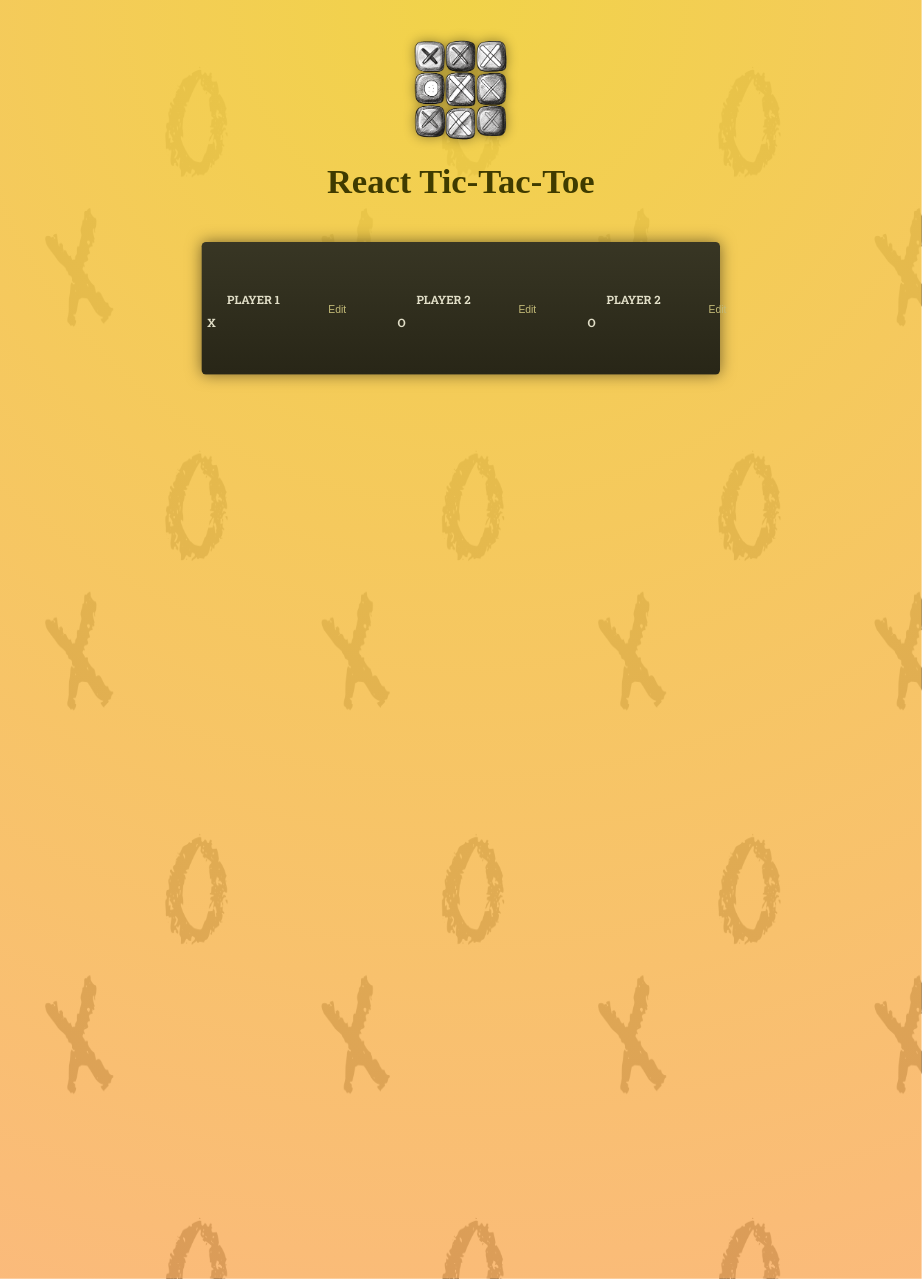
Repository: ooluchi/tic-tac-toe-rprac
Page: /
These files come from the project's save history. The page is drawn as it stood at one moment and after a run of saves; the edit follows.
The browser window is 1280 px wide. The pictures show the whole page, at 72% of full size.
Some web fonts or font styles are not loaded; a fallback is used. The project was rebuilt for these pictures with package versions that can differ from the ones it lists, and the page was loaded fresh each time. Also part of the build but not shown: vite.config.js.

Above is the page before, as saved 2024-10-22 05:00:39.

### index.html
<!DOCTYPE html>
<html lang="en">
  <head>
    <meta charset="UTF-8" />
    <link rel="icon" type="image/svg+xml" href="/game-logo.png" />
    <meta name="viewport" content="width=device-width, initial-scale=1.0" />
    <title>React Tic-Tac-Toe</title>
  </head>
  <body>
    <header>
      <img src="game-logo.png" />
    <h1>React Tic-Tac-Toe</h1>
    </header>
    <div id="root"></div>
    <script type="module" src="/src/index.jsx"></script>
  </body>
</html>

### src/App.jsx
import Player from "./components/Player"
function App() {


  return (
   <main>
    <div id="game-container">
      <ol id="players">
        <Player name ="Player 1" symbol="X" />
        <Player name ="Player 2" symbol="O" />
        <li>
        <span className="player">
          <span className="player-name">Player 2</span>
          <span className="player-symbol">O</span>
          </span>
          <button>Edit</button>
        </li>

      </ol>
    </div>

    </main>
  )
}

export default App

### src/components/Player.jsx


export default function Player({name, symbol}){
    return (
            <li>
          <span className="player">
          <span className="player-name">{name}</span>
          <span className="player-symbol">{symbol}</span>
          </span>
          <button>Edit</button>
        </li>
    )
}

Loaded but not shown: src/index.jsx (common file); src/index.css (common file)

After the next 2 saves:
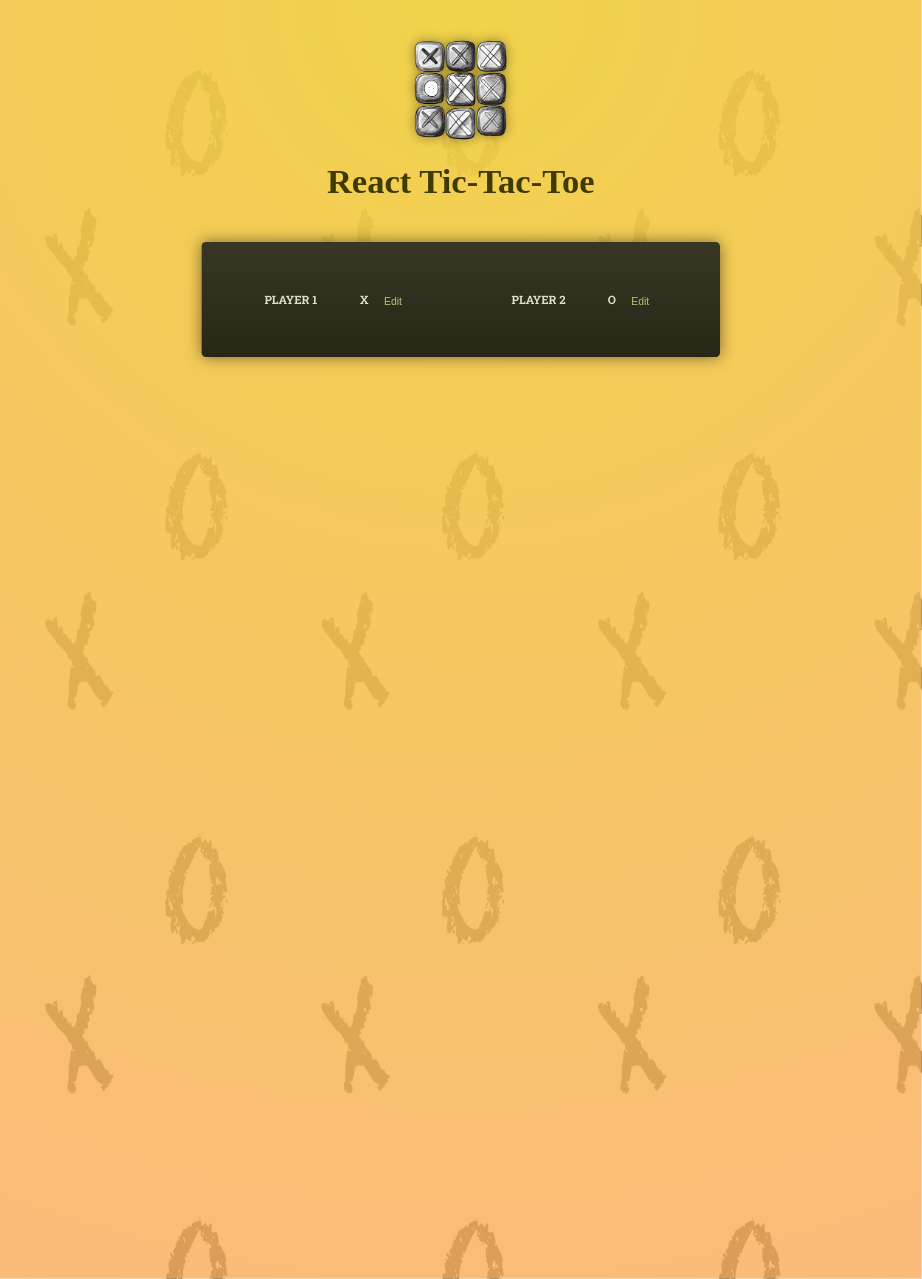
The 2 saves are shown as one change because 1 did not build or start.
The last was saved 15 s later.
--- a/src/App.jsx
+++ b/src/App.jsx
@@ -8,13 +8,6 @@
       <ol id="players">
         <Player name ="Player 1" symbol="X" />
         <Player name ="Player 2" symbol="O" />
-        <li>
-        <span className="player">
-          <span className="player-name">Player 2</span>
-          <span className="player-symbol">O</span>
-          </span>
-          <button>Edit</button>
-        </li>
 
       </ol>
     </div>
